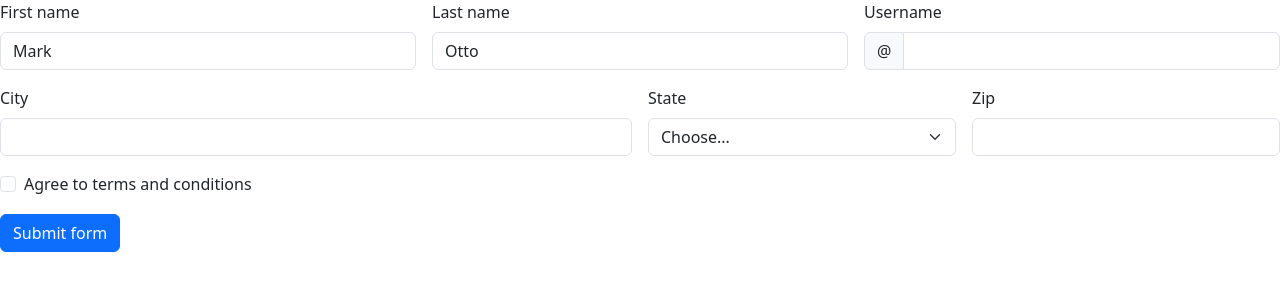
Repository: ElloumiYassine/springBoot-Gestion-des-employ-s-
Page: http://localhost/new_employee
An editor plug-in stored every save of this project. The page is shown before and after the next save, followed by the edit.
The browser window is 1280 px wide. The page is 1288 px wide, then 1280 px, so the pictures cover 1288 px, including what lies to the right of the window. The pictures show the whole page.
The page is this project's Thymeleaf template; nobody is signed in. The template is opened directly, without the code that normally fills it, so the values that code supplies are empty.

Above is the page before, as saved 2023-04-30 15:45:03.

### demo/src/main/resources/templates/new_employee.html
<!DOCTYPE html>
<html>
<head>
<meta charset="ISO-8859-1">
<title>New Employee</title>
<link href="https://cdn.jsdelivr.net/npm/bootstrap@5.3.0-alpha3/dist/css/bootstrap.min.css" rel="stylesheet" integrity="sha384-KK94CHFLLe+nY2dmCWGMq91rCGa5gtU4mk92HdvYe+M/SXH301p5ILy+dN9+nJOZ" crossorigin="anonymous">
<script src="https://cdn.jsdelivr.net/npm/bootstrap@5.3.0-alpha3/dist/js/bootstrap.bundle.min.js" integrity="sha384-ENjdO4Dr2bkBIFxQpeoTz1HIcje39Wm4jDKdf19U8gI4ddQ3GYNS7NTKfAdVQSZe" crossorigin="anonymous"></script>

</head>
<body>
	<form class="row g-3 needs-validation" novalidate>
  <div class="col-md-4">
    <label for="validationCustom01" class="form-label">First name</label>
    <input type="text" class="form-control" id="validationCustom01" value="Mark" required>
    <div class="valid-feedback">
      Looks good!
    </div>
  </div>
  <div class="col-md-4">
    <label for="validationCustom02" class="form-label">Last name</label>
    <input type="text" class="form-control" id="validationCustom02" value="Otto" required>
    <div class="valid-feedback">
      Looks good!
    </div>
  </div>
  <div class="col-md-4">
    <label for="validationCustomUsername" class="form-label">Username</label>
    <div class="input-group has-validation">
      <span class="input-group-text" id="inputGroupPrepend">@</span>
      <input type="text" class="form-control" id="validationCustomUsername" aria-describedby="inputGroupPrepend" required>
      <div class="invalid-feedback">
        Please choose a username.
      </div>
    </div>
  </div>
  <div class="col-md-6">
    <label for="validationCustom03" class="form-label">City</label>
    <input type="text" class="form-control" id="validationCustom03" required>
    <div class="invalid-feedback">
      Please provide a valid city.
    </div>
  </div>
  <div class="col-md-3">
    <label for="validationCustom04" class="form-label">State</label>
    <select class="form-select" id="validationCustom04" required>
      <option selected disabled value="">Choose...</option>
      <option>...</option>
    </select>
    <div class="invalid-feedback">
      Please select a valid state.
    </div>
  </div>
  <div class="col-md-3">
    <label for="validationCustom05" class="form-label">Zip</label>
    <input type="text" class="form-control" id="validationCustom05" required>
    <div class="invalid-feedback">
      Please provide a valid zip.
    </div>
  </div>
  <div class="col-12">
    <div class="form-check">
      <input class="form-check-input" type="checkbox" value="" id="invalidCheck" required>
      <label class="form-check-label" for="invalidCheck">
        Agree to terms and conditions
      </label>
      <div class="invalid-feedback">
        You must agree before submitting.
      </div>
    </div>
  </div>
  <div class="col-12">
    <button class="btn btn-primary" type="submit">Submit form</button>
  </div>
</form>
</body>
</html>

After the next save:
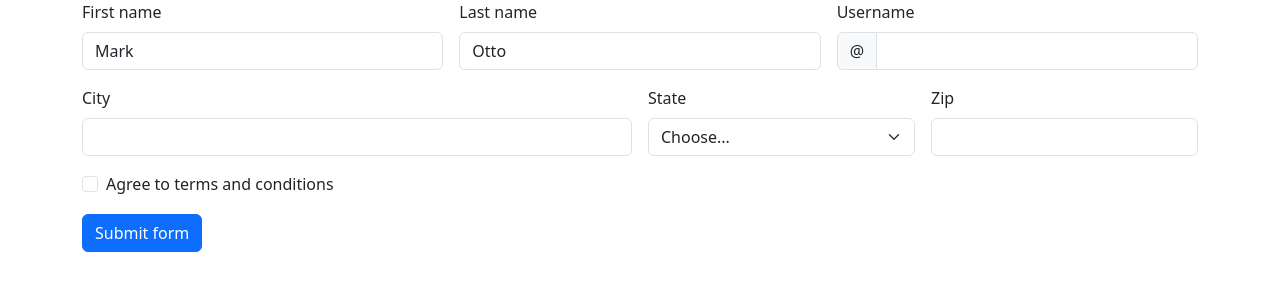
Saved 55 s later.
--- a/demo/src/main/resources/templates/new_employee.html
+++ b/demo/src/main/resources/templates/new_employee.html
@@ -8,7 +8,8 @@
 
 </head>
 <body>
-	<form class="row g-3 needs-validation" novalidate>
+	<div class="container">
+		<form class="row g-3 needs-validation" novalidate>
   <div class="col-md-4">
     <label for="validationCustom01" class="form-label">First name</label>
     <input type="text" class="form-control" id="validationCustom01" value="Mark" required>
@@ -72,5 +73,6 @@
     <button class="btn btn-primary" type="submit">Submit form</button>
   </div>
 </form>
+	</div>
 </body>
 </html>
